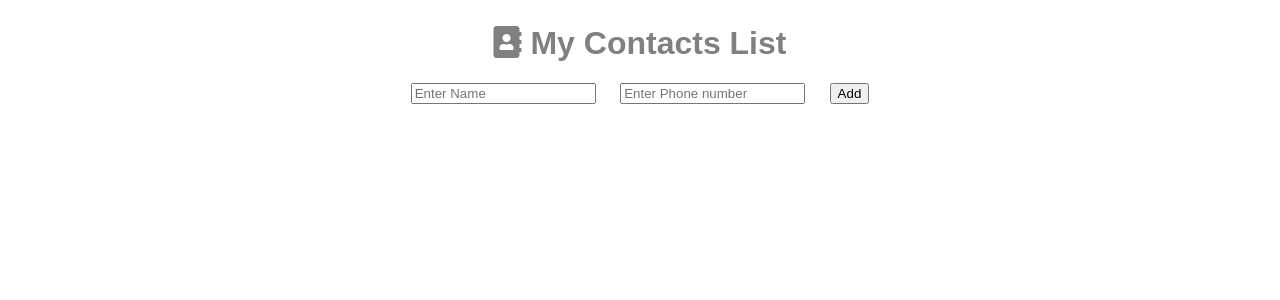
Repository: Sayan-100/Contact-List
Page: http://localhost/
An editor plug-in stored every save of this project. The page is shown before and after the next save, followed by the edit.
The browser window is 1280 px wide. The pictures show the whole page.
Some web libraries are served in a nearby version. The page is served by the project's Node server (index.js). Other server files are loaded and not shown. Queries for data that is not in the repository find no rows.

Above is the page before, as saved 2022-01-09 21:39:52.

### views/home.ejs
<html>

<head>
    <title>
        <%=locals.title%>
    </title>

    <link rel="stylesheet" href="https://use.fontawesome.com/releases/v5.5.0/css/all.css" integrity="sha384-B4dIYHKNBt8Bc12p+WXckhzcICo0wtJAoU8YZTY5qE0Id1GSseTk6S+L3BlXeVIU" crossorigin="anonymous">

    <!-- our css should below all the style so that we can override -->
    <link rel="stylesheet" href="/css/home.css">

</head>

<body>
    <h1 id="page-heading">
        <i class="fas fa-address-book "></i> My Contacts List
    </h1>
    <div id="contact-list-container">
        <ul>
            <% for(let i of contact_list) {%>
                <li class="contact">
                    <div class="details-name">
                        <p>
                            <%= i.name %>
                        </p>
                    </div>
                    <div class="details-contact-number delete-button">

                        <div>
                            <p>
                                <%= i.phone %>
                            </p>
                        </div>

                        <div>
                            <a href="/delete-contact/?id=<%=i._id%>">
                                <i class="fas fa-window-close"></i>
                            </a>
                        </div>
                    </div>
                </li>
                <% } %>
        </ul>
    </div>

    <form id="new-contact-form" action="/create_contact" method="POST">
        <input type="text" name="name" required placeholder="Enter Name">
        <input type="number" name="phone" required placeholder="Enter Phone number">

        <button type="submit">Add</button>

    </form>

    <script type="text/javascript" src="/js/home.js">
    </script>

</body>

</html>

### index.js
const express = require('express');
const path = require('path');
const port = 8000;

const db = require('./config/mongoose');
const Contact = require('./models/contact');

const app = express();


app.set('view engine', 'ejs');
app.set('views', path.join(__dirname, 'views'));
app.use(express.urlencoded());
app.use(express.static('assets'));

//middleware 1
// app.use(function(req, res, next) {
//     req.myName = "Sayan";
//     // console.log("middleware 1 called");
//     next();
// })

//middleware 2
// app.use(function(req, res, next) {
//     console.log('My name from middleware 2', req.myName);
//     next();
// })

// var contactList = [{
//         name: "Arapan sir",
//         phone: "1111111111"
//     },

//     {
//         name: "Coding Ninjas",
//         phone: "2111222222"
//     },

//     {
//         name: "Sayan",
//         phone: "4444444444"
//     }

// ];


app.get('/', function(req, res) {
    // console.log(__dirname);
    // res.send('<h1>cool, it is running or is it?</h1>');
    //return

    // console.log("from the get route", req.myName);

    Contact.find({}, function(err, contacts) {
        if (err) {
            console.log('Error in fetching contact list from db');
            return;
        }

        return res.render('home', {
            title: "My contacts list",
            contact_list: contacts
        });

    });


    // return res.render('home', {
    //     title: "My contacts list",
    //     contact_list: contactList
    // });

});

app.get('/practice', function(req, res) {
    return res.render('practice', {
        title: "Let us play with ejs"
    });
});

app.get('/delete-contact', function(req, res) {
    //console.log(req.query);
    //let phone = req.query.phone;
    let id = req.query.id;
    Contact.findByIdAndDelete(id, function(err) {
        if (err) {
            console.log('error in deleting a object form database');
            return;
        }

        return res.redirect('back');
    });
    // let contactIndex = contactList.findIndex(contact => contact.phone == phone);

    // if (contactIndex != -1) {
    //     contactList.splice(contactIndex, 1);
    // }

    // return res.redirect('back');
});

app.get('/', function(req, res) {

});


app.post('/create_contact', function(req, res) {
    // return res.redirect('/practice');
    // contactList.push({
    //     name: req.body.name,
    //     phone: req.body.phone
    // });
    // contactList.push(req.body);
    Contact.create({
        name: req.body.name,
        phone: req.body.phone
    }, function(err, newContact) {
        if (err) {
            console.log('error in creating a contact!');
            return;
        }

        console.log('*********', newContact);
        return res.redirect('back');

    });

    // return res.redirect('/');
    // return res.redirect('back');
});

app.listen(port, function(err) {

    if (err) {
        console.log('Error in running Server');
    }

    console.log('Yup. My express server is running on port', port);
});

### assets/css/home.css
    body {
        margin: 0;
        font-family: sans-serif;
        text-align: center;
    }

    #page-heading {
        text-align: center;
        margin-top: 25px;
        color: grey;
    }

    li {
        list-style: none;
        display: flex;
        justify-content: space-between;
        width: 90%;
        background-color: #ffc1d5;
        margin-bottom: 5px;
        font-weight: 600;
        overflow: hidden;
        color: white;
        font-family: monaco;
    }

    input {
        margin-right: 20px;
    }

    p {
        display: inline-block;
        padding-left: 2rem;
        padding-right: 5rem;
    }

    .details-contact-number {
        display: flex;
        justify-content: space-evenly;
    }

Loaded but not shown: assets/js/home.js (common file)

After the next save:
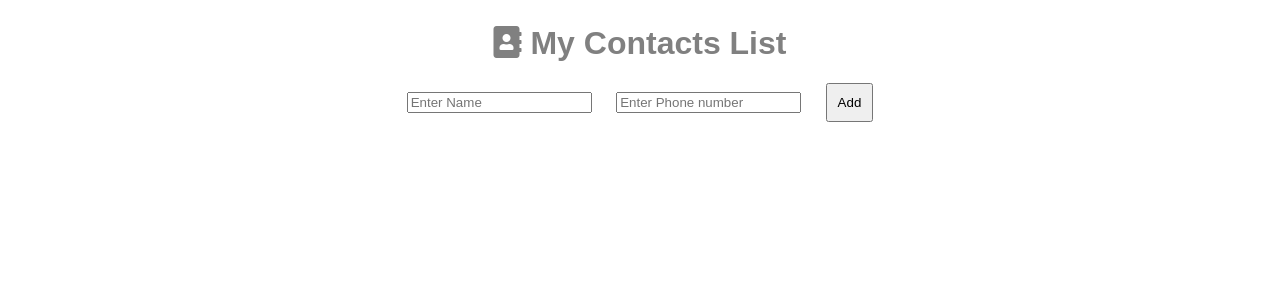
Saved 55 s later.
--- a/assets/css/home.css
+++ b/assets/css/home.css
@@ -27,6 +27,10 @@
         margin-right: 20px;
     }
 
+    button {
+        padding: 10px;
+    }
+
     p {
         display: inline-block;
         padding-left: 2rem;
